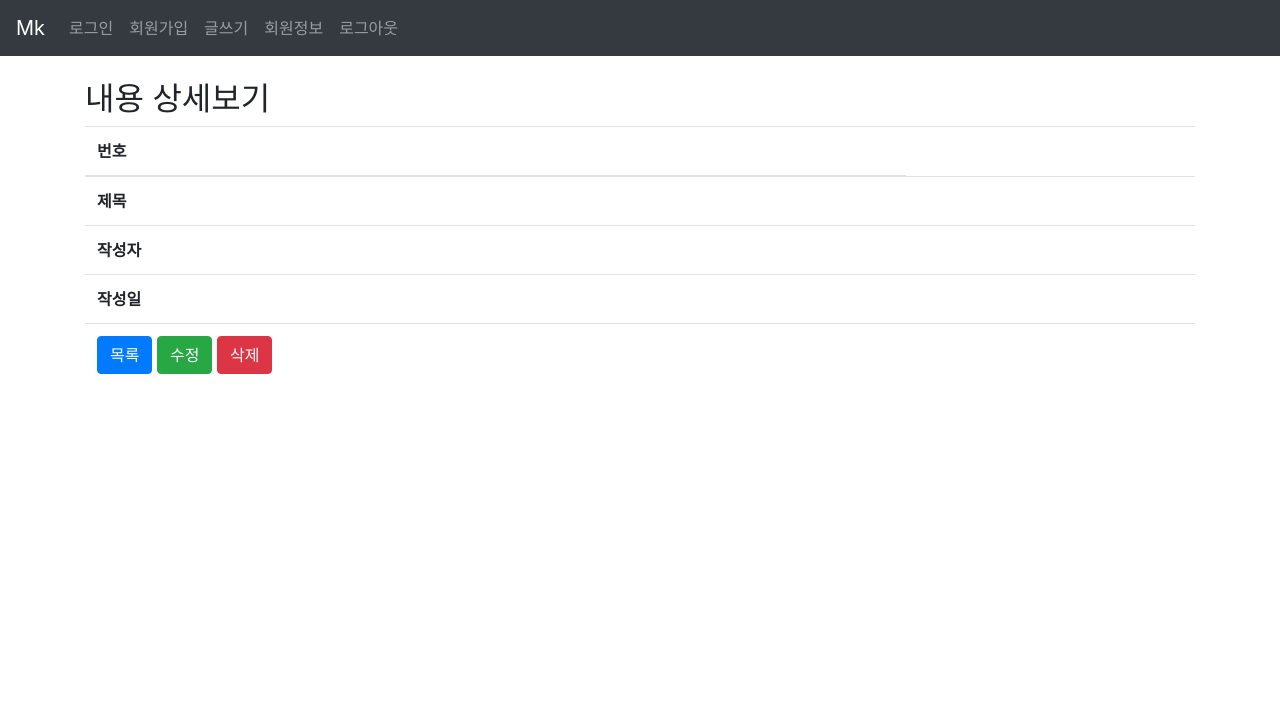
Repository: breadmk/firstmissoin
Page: http://localhost/board/WEB-INF/board/content.jsp
The author's editor kept a copy of each file at every save. The page is drawn from the files as they stood at one save, then again after the next save.
The browser window is 1280 px wide. The pictures show the whole page.
The page is served by Tomcat 9. Nobody is signed in. The template is opened directly, without the code that normally fills it, so the values that code supplies are empty.

Above is the page before, as saved 2021-04-06 05:06:31.

After the next save:
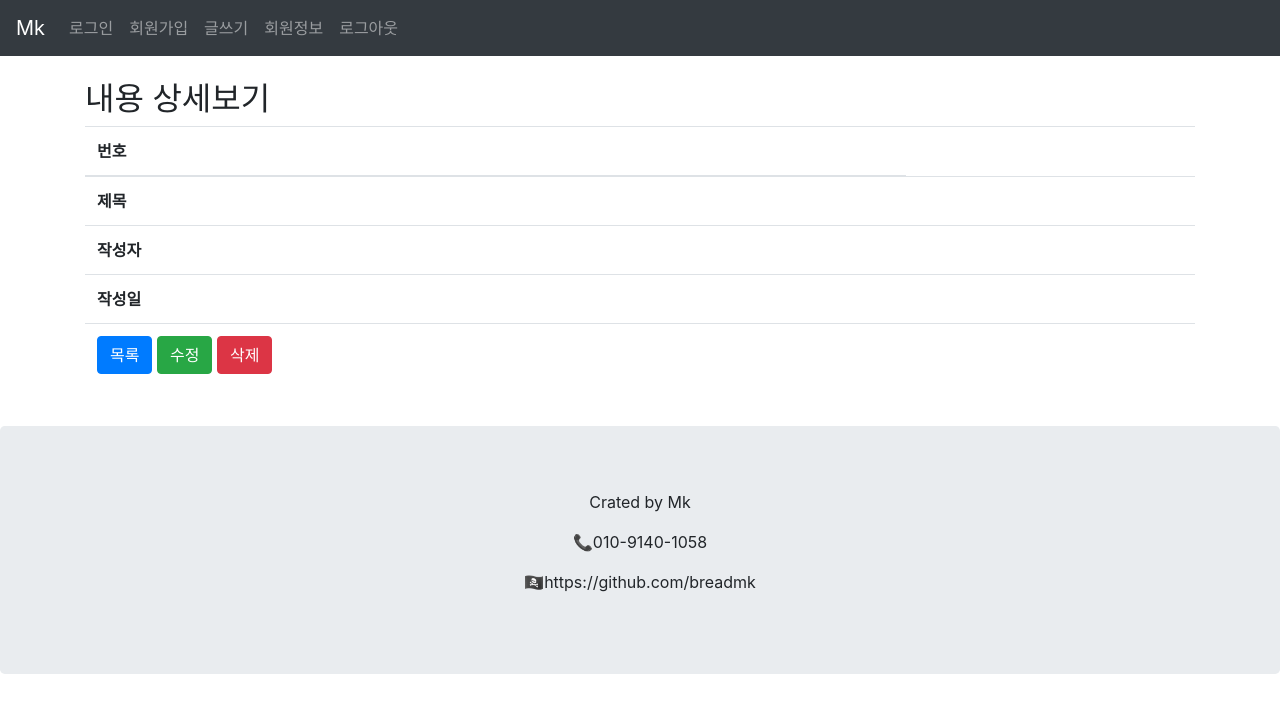
Saved 10 s later.
--- a/board/src/main/webapp/WEB-INF/board/content.jsp
+++ b/board/src/main/webapp/WEB-INF/board/content.jsp
@@ -42,5 +42,4 @@
     </tbody>
   </table>
 </div>
-</body>
-</html>
+<%@ include file="../layout/footer.jsp" %>
